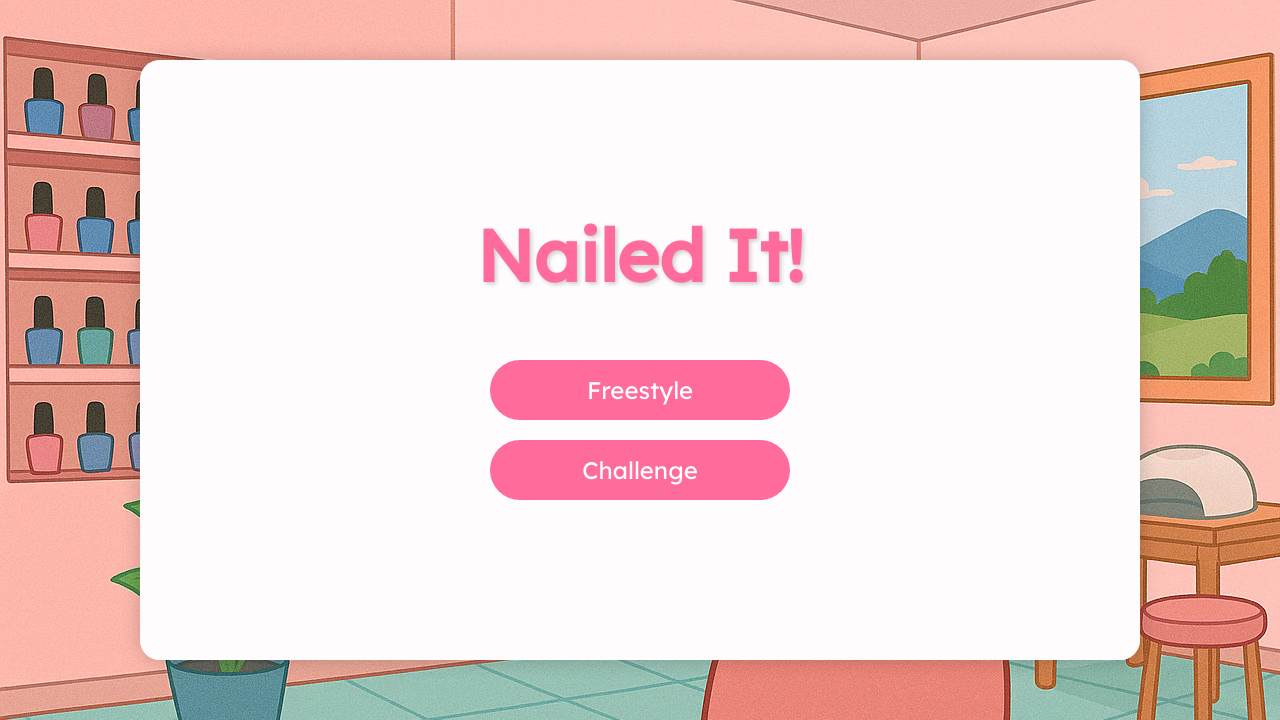
Repository: primcharlin/nailedit
Page: index.html
An editor plug-in stored every save of this project. The page is shown before and after the next save, followed by the edit.
The browser window is 1280 px wide. The pictures show the whole page.

Above is the page before, as saved 2025-04-24 21:18:21.

After the next save:
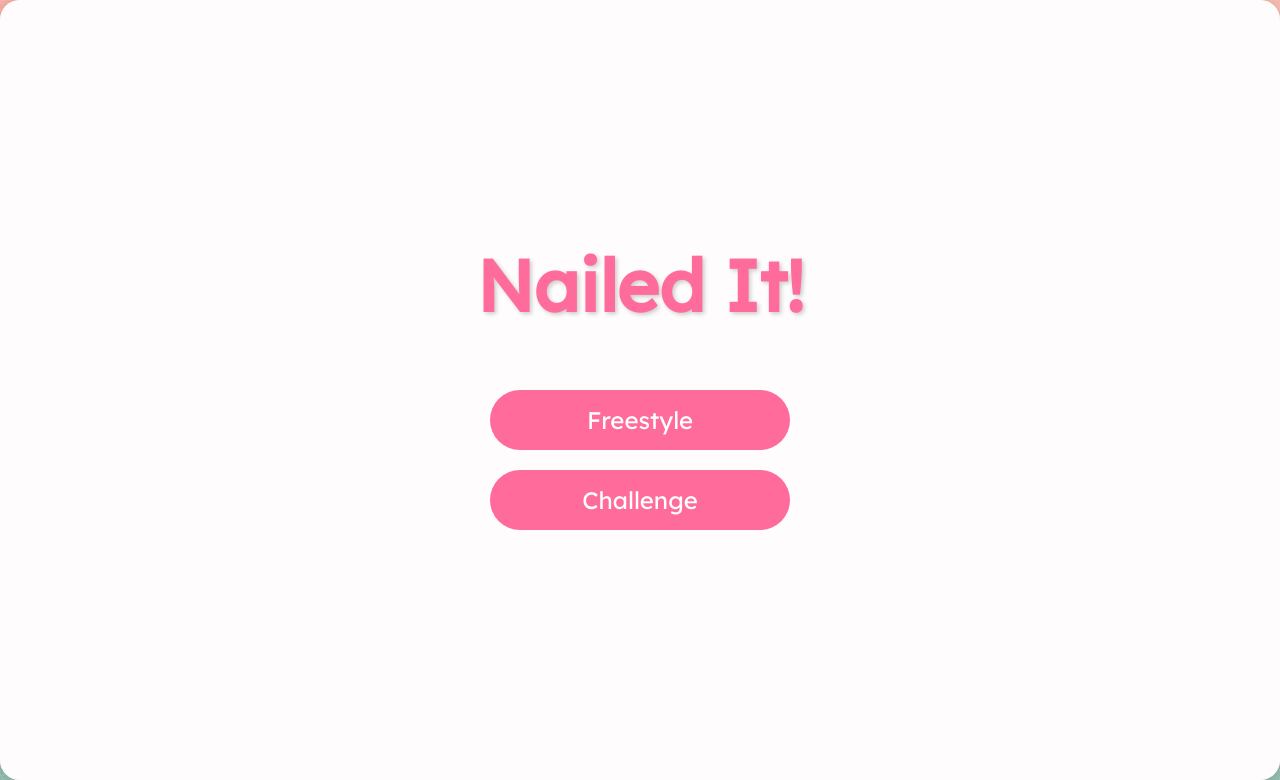
Saved 44 s later.
--- a/styles.css
+++ b/styles.css
@@ -19,8 +19,8 @@ h1 {
 }
 
 #game-container {
-    width: 1000px;
-    height: 600px;
+    width: 1300px;
+    height: 780px;
     position: relative;
     background-color: #fff6f9;
     background-size: cover;
